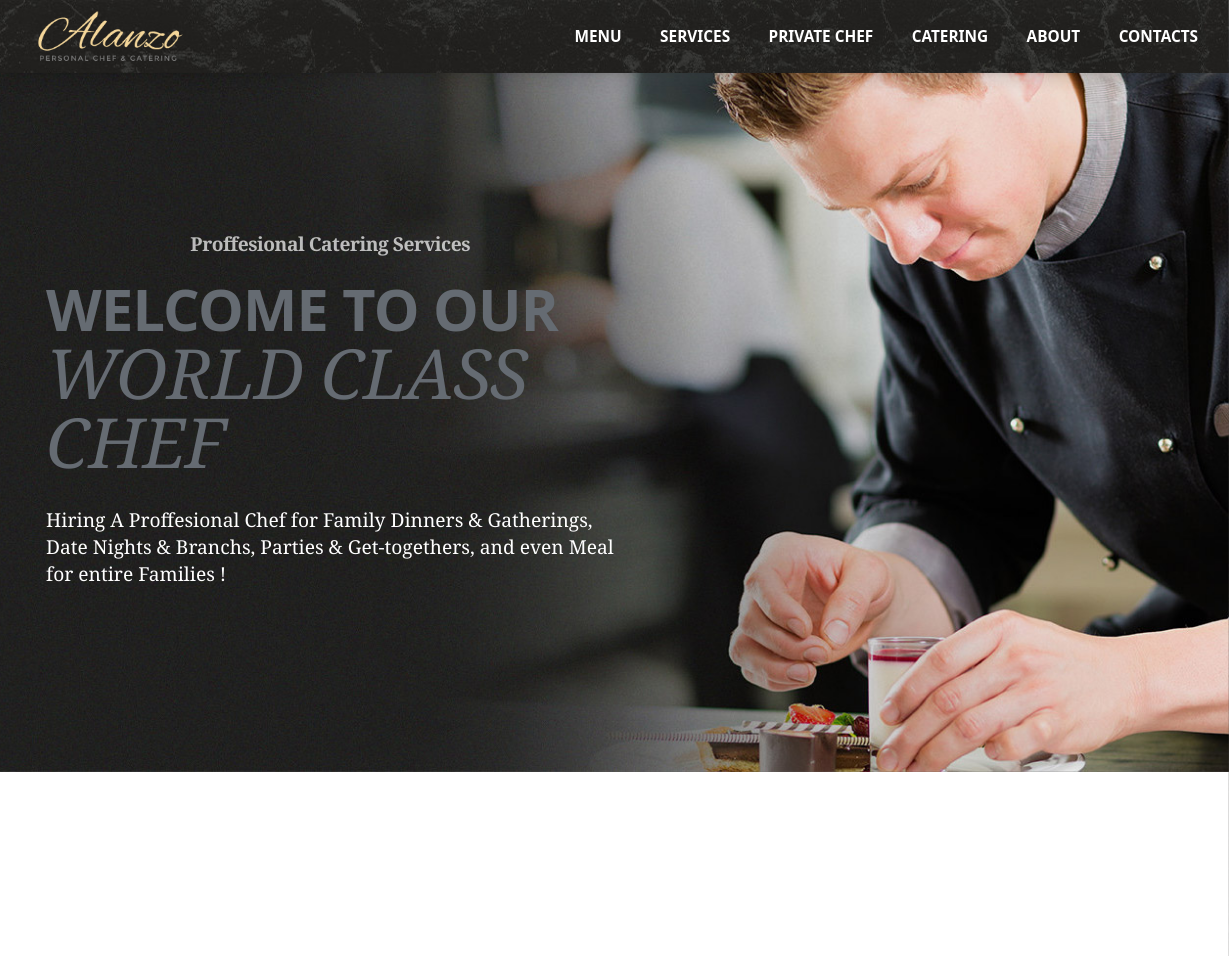
Repository: remydev47/alanzo
Page: /
These files come from the project's save history. The page is drawn as it stood at one moment and after the next save; the edit follows.
The browser window is 1280 px wide. The pictures show the whole page, at 96% of full size.
The project was rebuilt for these pictures with package versions that can differ from the ones it lists, and the page was loaded fresh each time. The framework's server and built-in components were replaced by stand-ins that run in the browser. Also part of the build but not shown: next.config.js, components/Aboutus.tsx, components/Consulting.tsx, components/Catering.tsx, components/Menu.tsx, components/Testimonials.tsx, components/CTA.tsx, components/Footer.tsx.

Above is the page before, as saved 2022-12-17 11:51:08.

### pages/_app.tsx
import '../styles/globals.css'
import type { AppProps } from 'next/app'
import Navbar from '../components/Navbar'

function MyApp({ Component, pageProps }: AppProps) {
  return (
    <>

      <Component {...pageProps} />
    </>
  )
}

export default MyApp

### pages/index.tsx
import type { NextPage } from 'next'
import Head from 'next/head'
import Image from 'next/image'
import { Hero, Services } from '../components'
import Navbar from '../components/Navbar'


const Home: NextPage = () => {
  return (
    <div className="bg-[url('/images/bg_2.jpg')]">
      <Head>
        <title>Avantos</title>
        <link rel="icon" href="/favicon.ico" />
      </Head>
      <Navbar />
      <Hero />
      <Services />

    </div>
  )
}

export default Home

### components/index.ts
import Hero from "./Hero";
import Services from "./Services";
import Aboutus from "./Aboutus";
import Consulting from "./Consulting";
import Catering from "./Catering";
import Menu from "./Menu";
import Testimonials from "./Testimonials";
import CTA from "./CTA";
import Footer from "./Footer";

export {
    Hero, Services, CTA, Catering, Consulting, Footer, Menu, Aboutus, Testimonials
}

### components/Navbar.tsx
import React from 'react';
import { navLinks } from '../constants';
import Menupopover from './Menupopover';
import Image from 'next/image';
import Logo from './Logo';
import { Button } from './Button';

const Navbar = () => {
  return (
    <header className="fixed inset-x-0 bg-[url('/images/bg_2.jpg')] z-20 flex justify-between items-center py-2 px-2 shadow-lg dark:bg-slate-900 sm:py-3 sm:px-8">
            <div className='flex grow-0 basis-1/3 md:hidden'>
                <Menupopover />
            </div>

             <div className='flex grow-0 ml-2 justify-center md:justify-start'>
                <Logo />

            </div>


            <ul className="list-none sm:flex hidden justify-end items-center flex-1">
            {navLinks.map((nav, index) => (
                <li
                key={nav.id}
                className={`font-bold cursor-pointer text-[16px]
                   ${index === navLinks.length - 1 ? 'mr-0' : 'mr-10'}
                  text-white `}
                >
                    <a>{nav.title}</a>
                </li>
            ))}
           </ul>


        </header>
  )
}

export default Navbar

### components/Hero.tsx
import React from 'react'

const Hero = () => {
  return (
    <section className='relative pt-48 pb-12 xl:pt-60 sm:pb-16 lg:pb-32 xl:pb-48 2xl:pb-56'>
    <div className="absolute inset-0">
     <img className="object-cover w-full h-full" src="/images/hero.jpg" alt="" />
    </div>
   <div className='relative'>
    <div className="px-6 mx-auto sm:px-8 lg:px-12 max-w-7xl">
      <div className="w-full lg:w-2/3 xl:w-1/2">
        <h1 className="font-serif text-xl font-bold tracking-tight text-white text-opacity-70 text-center">Proffesional Catering Services</h1>
        <p className="mt-6 tracking-tighter text-[#656b72]">
          <span className="font-sans font-bold text-6xl">WELCOME TO OUR </span><br />
          <span className="font-serif italic font-BOLD text-7xl">WORLD CLASS CHEF</span>
        </p>
        <p className="mt-8 font-erif text-xl font-serif text-[#fff]">
          Hiring A Proffesional Chef for Family Dinners & Gatherings, Date Nights & Branchs, Parties & Get-togethers, and even Meal for entire Families !
        </p>
      </div>
    </div>
   </div>
  </section>
  )
}

export default Hero

### components/Services.tsx
import React from 'react'

const Services = () => {
  return (
    <section className="bg-[#fff] sm:py-16 lg:py-24">

    </section>
  )
}

export default Services

### constants/index.ts
export const navLinks =[
    {
        id:"menu",
        title:"MENU",
    },
    {
        id:"services",
        title:"SERVICES",
    },
    {
        id:"privatechef",
        title:"PRIVATE CHEF",
    },
    {
        id:"catering",
        title:"CATERING",
    },
    {
        id:"aboutus",
        title:"ABOUT",
    },
    {
        id:"contacts",
        title:"CONTACTS",
    },
]

### components/Menupopover.tsx
import React, {useState, Fragment} from 'react';
import { navLinks } from '../constants';
import { IconButton, Button } from './Button';
import { Transition, Dialog } from '@headlessui/react';
import Logo from './Logo';
import Image from 'next/image';

const Menupopover = () => {
  const [isOpen, setIsOpen] = useState(false)

  return (
    <div>
    <IconButton
      variant='ghost'
      aria-label='menu'
      onClick={() => setIsOpen(!isOpen)}
    >
      <svg className='w-6 h-6 ' fill='none' stroke='currentColor'>
        <path
          strokeLinecap='round'
          strokeLinejoin='round'
          strokeWidth={2}
          d='M4 6h16M4 12h16M4 18h16'
        />
      </svg>
    </IconButton>
    <Transition
      show={isOpen}
      appear
      as={Fragment}
      enter='transform transition ease-in-out duration-300'
      enterFrom='-translate-x-full'
      enterTo='translate-x-0'
      leave='transform transition ease-in-out duration-300 delay-200'
      leaveFrom='translate-x-0'
      leaveTo='-translate-x-full'
     >
     <Dialog
       as='div'
       className={`fixed inset-0 z-50`}
       onClose={setIsOpen}
       open={isOpen}
       >
       <Transition.Child
         as={Fragment}
         enter='ease-out duration-300 delay-300'
         enterFrom='opacity-0'
         enterTo='opacity-100'
         leave='ease-in duration-200'
         leaveFrom='opacity-100'
         leaveTo='opacity-0'
       >

        <Dialog.Overlay
          className={`fixed inset-0 bg-black/20 backdrop-blur-sm dark:bg-gray-900/80`}
         />
      </Transition.Child>
       <div className={styles.dialogcontainer}>
        <a className='mx-auto mt-4 flex w-[140px] '>
          <Logo />
        </a>
        <ul
            className={styles.navWrapper2}
         >
            {navLinks.map((nav, index) => (
                <li
                 key={nav.id}
                 className={` font-bold cursor-pointer text-[16px]
                  mt-2 border-t border-slate-200 py-4 dark:border-slate-600
                  ${index === navLinks.length - 1 ? 'mr-0' : 'mb-4'}
                  text-white `}
                >
                 <a href={`#${nav.id}`}>
                    {nav.title}
                 </a>
                </li>
             ))}
         </ul>

        <IconButton
          variant='ghost'
          aria-label='close menu'
          className='absolute top-5 right-5'
          onClick={() => setIsOpen(false)}
        >
          <svg
            viewBox='0 0 10 10'
            className='h-2.5 w-2.5 overflow-visible'
            aria-hidden='true'
          >
            <path
                d='M0 0L10 10M10 0L0 10'
                fill='none'
                stroke='currentColor'
                strokeWidth='2'
                strokeLinecap='round'
              />
          </svg>
        </IconButton>
       </div>
     </Dialog>
    </Transition>
  </div>
  )
}

export default Menupopover;

const styles ={
  dialogcontainer:`fixed top-0 bottom-0 left-0 w-full max-w-xs rounded-r-xl bg-[#092341] p-6 shadow-lg dark:bg-gray-800`,
  menuitems:`group relative flex h-9 items-center oveflow-hidden rounded-md hover:bg-slate-200/50`,
  navWrapper2:`list-none flex flex-col justify-end items-center flex-1`,
}

### components/Logo.tsx
import React from 'react'
import Image from 'next/image'

const Logo = () => {
  return (
    <div>
      <Image
        src='/images/logo.png'
        alt='Alanzo'
        height={60}
        width={150}
      />
    </div>
  )
}

export default Logo

### components/Button/index.tsx
import React, { forwardRef } from "react";
//import { __DEV__ } from "../../utils/assertions";

type BaseButtonProps = Omit<React.HTMLProps<HTMLButtonElement>, "size">;

/* === Button Element === */

export interface ButtonProps extends BaseButtonProps {
  children: React.ReactNode;
  fullWidth?: boolean;
  className?: string;
  variant?: "solid" | "outline" | "ghost";
  size?: "sm" | "md" | "lg";
  as?: string;
  isExternal?: boolean;
  type?: "button" | "submit" | "reset";
}

export const Button = forwardRef<HTMLButtonElement, ButtonProps>(
  (
    {
      children,
      variant = "solid",
      size = "md",
      fullWidth = false,
      className,
      as = "button",
      isExternal = false,
      ...rest
    },
    ref
  ) => {
    let tempClassNames: string[] = [];

    const sharedClasses = [
      "capitalize",
      "focus:outline-none",
      "focus:ring-2",
      "focus:ring-indigo-400",
      "focus:ring-offset-2",
      "focus:ring-offset-indigo-50",
      "font-semibold",
      "rounded-full",
      "inline-flex",
      "flex-shrink-0",
      "items-center",
      "justify-center",
      "transition-colors",
      "ease-in-out",
      "duration-500",
    ];

    if (fullWidth) sharedClasses.push("w-full");

    // handle variants
    let btnSolid = ["bg-indigo-600", "hover:bg-indigo-700", "text-white"];
    let btnOutline = [
      "dark:text-white",
      "hover:text-indigo-700",
      "hover:dark:text-indigo-700",
      "bg-transparent",
      "hover:bg-indigo-50",
      "border",
      "border-indigo-600",
    ];
    let btnGhost = [
      "bg-transparent",
      "dark:text-white",
      "hover:bg-indigo-50",
      "hover:text-indigo-700",
      "hover:dark:text-indigo-700",
    ];

    if (variant === "solid") {
      tempClassNames = [...sharedClasses, ...btnSolid];
    } else if (variant === "outline") {
      tempClassNames = [...sharedClasses, ...btnOutline];
    } else if (variant === "ghost") {
      tempClassNames = [...sharedClasses, ...btnGhost];
    }

    // handle sizes
    let sizeSm = ["h-8", "px-2", "text-sm"];
    let sizeMd = ["h-10", "px-3"];
    let sizeLg = ["h-12", "px-4", "text-lg"];

    if (size === "sm") {
      tempClassNames = [...tempClassNames, ...sizeSm];
    } else if (size === "md") {
      tempClassNames = [...tempClassNames, ...sizeMd];
    } else if (size === "lg") {
      tempClassNames = [...tempClassNames, ...sizeLg];
    }

    let classes = tempClassNames.join(" ");

    let Element = as ? (
      React.createElement(
        as,
        {
          className: `${classes} ${className}`,
          target: isExternal ? "_blank" : undefined,
          rel: isExternal ? "noopener noreferrer" : undefined,
          ref,
          ...rest,
        },
        children
      )
    ) : (
      <button {...rest} className={`${classes} ${className}`} ref={ref}>
        {children}
      </button>
    );

    return Element;
  }
);

// if (__DEV__) {
//   Button.displayName = "Button";
// }

/* === IconButton Element === */

export interface IconButtonProps extends ButtonProps {
  icon?: React.ReactElement;
  "aria-label": string;
}

export const IconButton = forwardRef<HTMLButtonElement, IconButtonProps>(
  (
    {
      children,
      icon,
      className,
      "aria-label": ariaLabel,
      size = "md",
      ...rest
    },
    ref
  ) => {
    let sharedClasses = ["rounded-full", "!px-0"];

    // handle sizes
    let sizeSm = ["w-8"];
    let sizeMd = ["w-10"];
    let sizeLg = ["w-12"];

    if (size === "sm") {
      sharedClasses = [...sharedClasses, ...sizeSm];
    } else if (size === "md") {
      sharedClasses = [...sharedClasses, ...sizeMd];
    } else if (size === "lg") {
      sharedClasses = [...sharedClasses, ...sizeLg];
    }

    /**
     * Passing the icon as prop or children should work
     */
    const element = icon || children;
    const _children = React.isValidElement(element)
      ? React.cloneElement(element as any, {
          "aria-hidden": true,
          focusable: false,
        })
      : null;

    let classes = sharedClasses.join(" ");
    return (
      <Button
        className={`${classes} ${className}`}
        aria-label={ariaLabel}
        size={size}
        {...rest}
        ref={ref}
      >
        {_children}
      </Button>
    );
  }
)

### tailwind.config.js
/** @type {import('tailwindcss').Config} */
module.exports = {
  content: [
    './pages/**/*.{js,ts,jsx,tsx}',
    './components/**/*.{js,ts,jsx,tsx}',
  ],
  theme: {
    extend: {
      backgroundImage: {
        'bg_2': "url('/images/bg_2.jpg')",
      },
      colors: {
        'primary-black': '#1A232E',
        'secondary-white': '#c7c7c7',
      },
    },
  },
  plugins: [],
}

Loaded but not shown: styles/globals.css (common file)

After the next save:
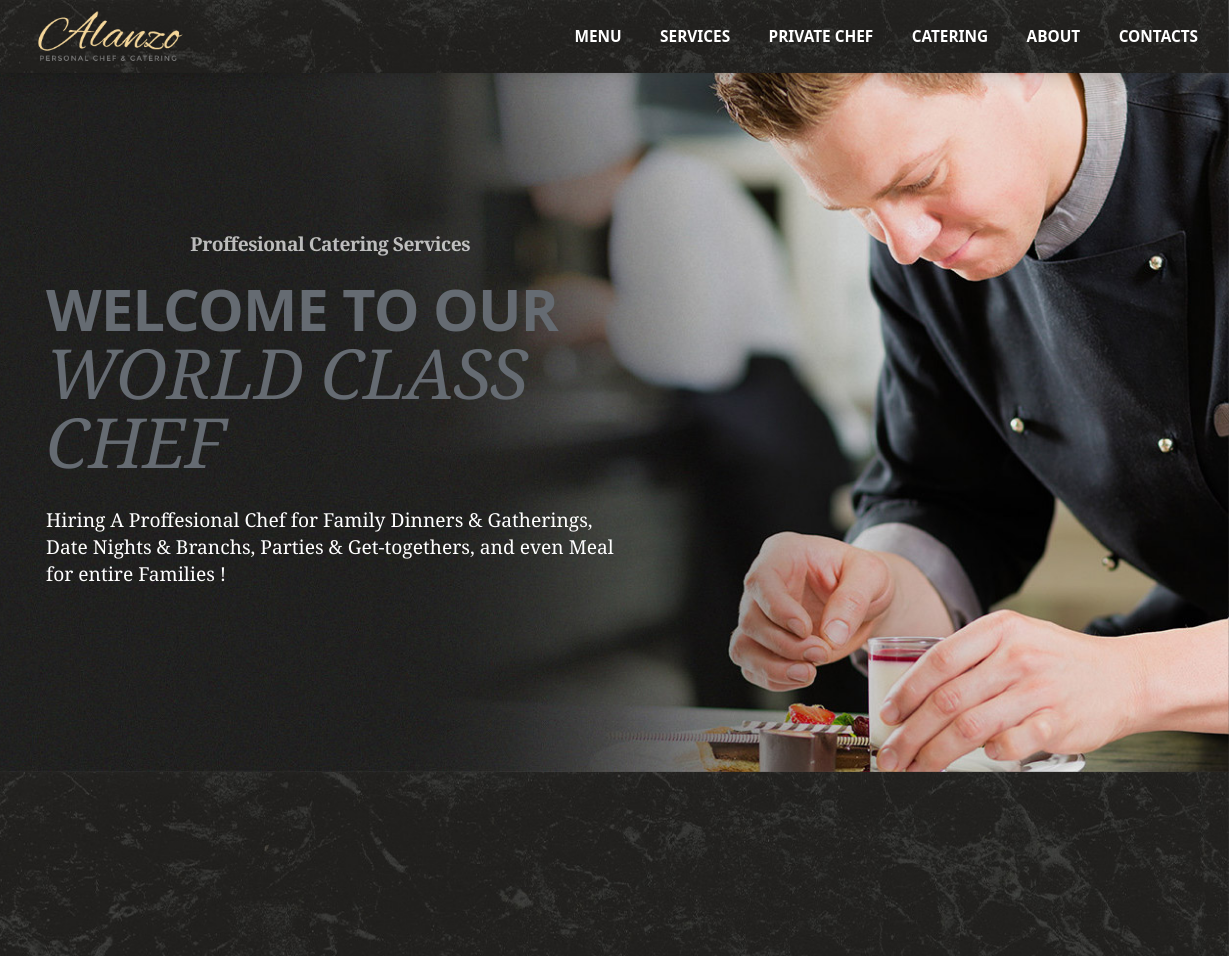
Saved 27 s later.
--- a/components/Services.tsx
+++ b/components/Services.tsx
@@ -2,7 +2,7 @@ import React from 'react'
 
 const Services = () => {
   return (
-    <section className="bg-[#fff] sm:py-16 lg:py-24">
+    <section className="bg-[url('/images/bg_2.jpg')] sm:py-16 lg:py-24">
 
     </section>
   )
